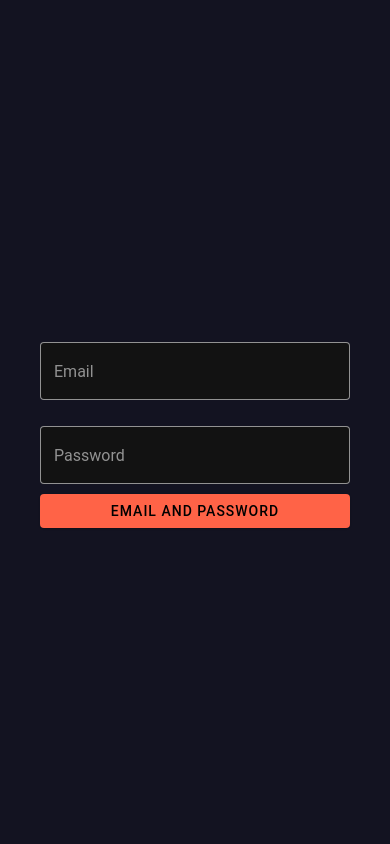
Repository: pascalgrim/GymTracker
Screen: /
An editor plug-in stored every save of this project. The screen is shown before and after the next save, followed by the edit.
The app was drawn by React Native's web renderer in a window 390 px wide. The project was rebuilt for these pictures with package versions that can differ from the ones it lists, and the page was loaded fresh each time. Also part of the build but not shown: components/menuCard.js, components/Dashboard.js, firebase.js, context/AuthContext.js.

Above is the screen before, as saved 2021-11-05 20:09:11.

After the next save:
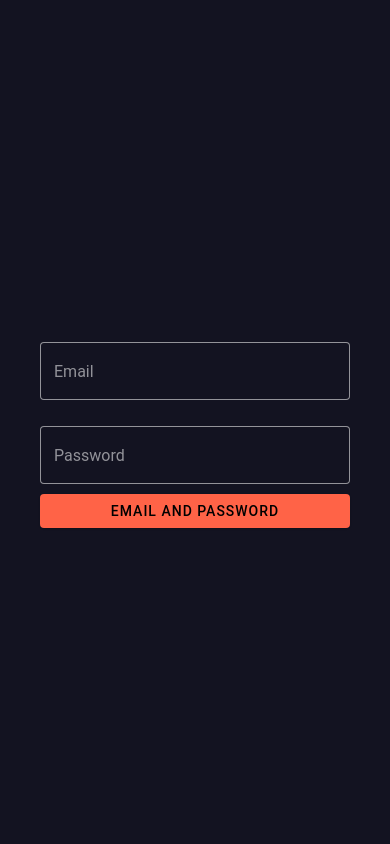
Saved 2 min 49 s later.
--- a/components/Signup.js
+++ b/components/Signup.js
@@ -12,6 +12,7 @@ const theme = {
       ...DarkTheme.colors,
       primary: 'tomato',
       accent: 'yellow',
+      background : '#131321'
     },
   };
 
